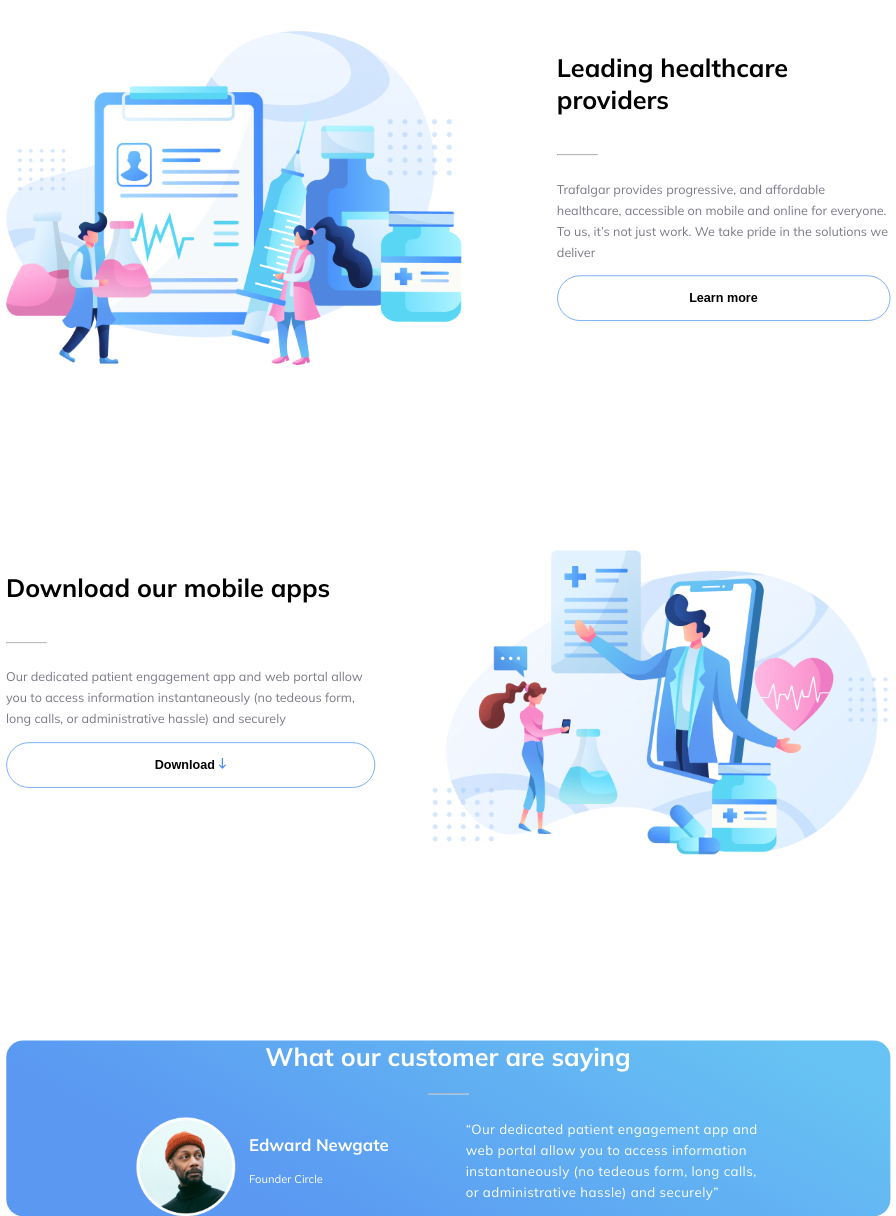
Repository: ivan-developer-01/trafalgar-layout
Page: index.html
These files come from the project's save history. The page is drawn as it stood at one moment and after the next save; the edit follows.
The browser window is 1280 px wide. The pictures show the part of the page from y = 2159 to 4079 px (the page is 3896 px tall before and 4079 px after), at 70% of full size.

Above is the page before, as saved 2024-11-08 16:03:20.

After the next save:
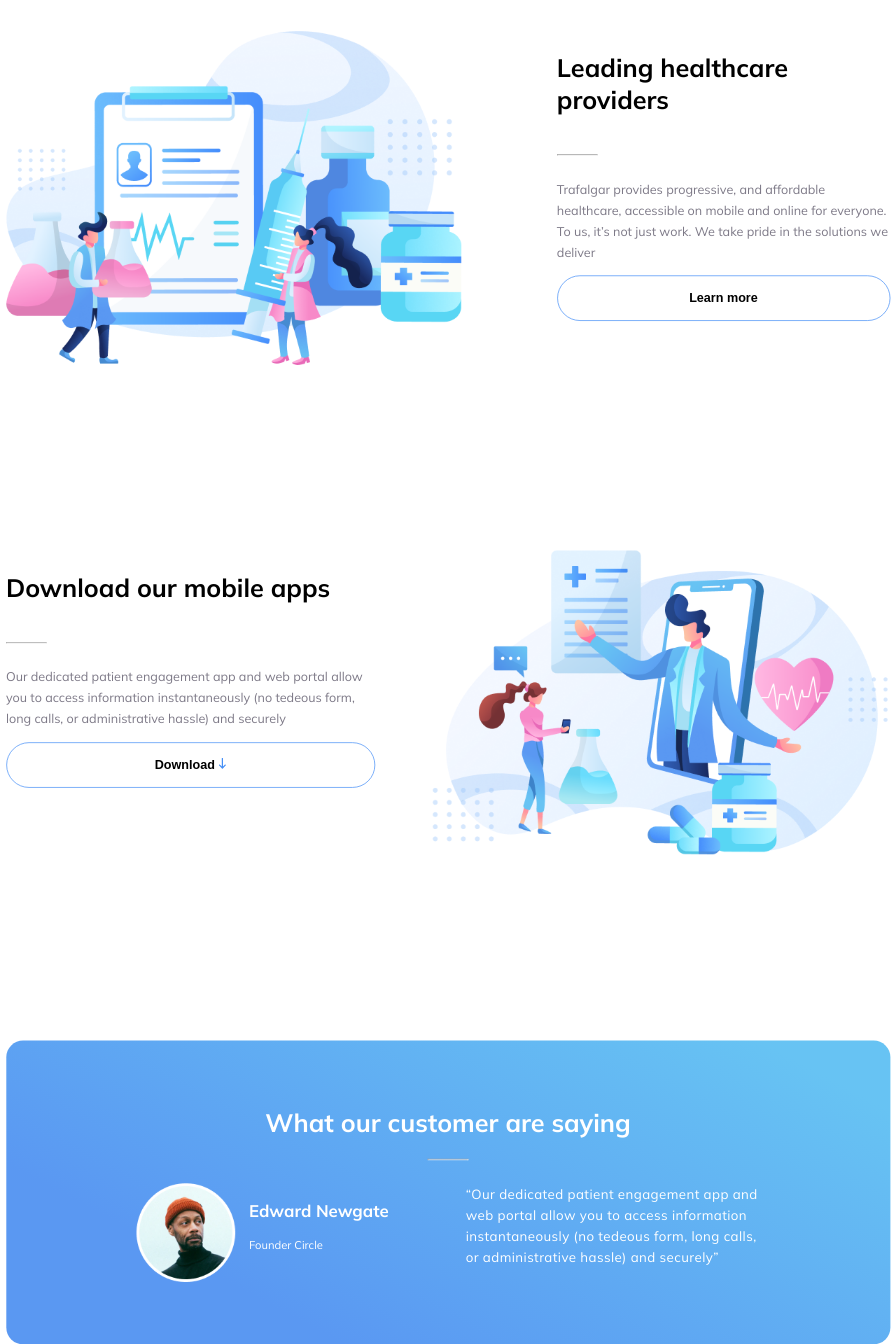
Saved 21 s later.
--- a/style.css
+++ b/style.css
@@ -236,7 +236,7 @@ p {
 	background: linear-gradient(208.18deg, #67C3F3 9.05%, #5A98F2 76.74%);
 	color: white;
 	text-align: center;
-	/* padding: 64px 118px 89px 118px; */
+	padding: 64px 0 89px 0;
 	border-radius: 24px;
 }
 
